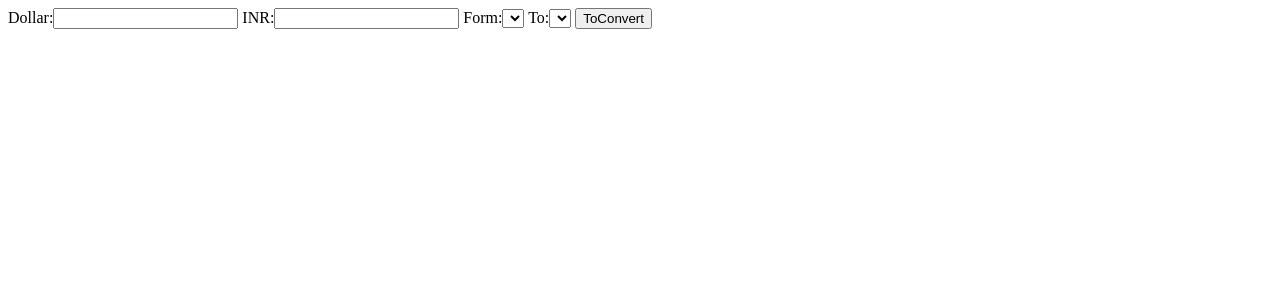
Repository: ravikumar0303/Advance-Java
Page: Converter/src/main/webapp/index.html
An editor plug-in stored every save of this project. The page is shown before and after the next save, followed by the edit.
The browser window is 1280 px wide. The pictures show the whole page.

Above is the page before, as saved 2023-06-21 05:21:57.

### Converter/src/main/webapp/index.html
<!DOCTYPE html>
<html>
<head>
<meta charset="ISO-8859-1">
<title>Insert title here</title>
</head>
<body>
	<form action="convert" method="post">
		Dollar:<input type="text" name="dollar" id="d1"></input> INR:<input
			type="text" name="inr" id="i1"></input> Form:<select
			onchange="convert">
			<opction value="convert">INR</opction>
			<opction value="convert">Dollar</opction>
			<opction value="convert">Euro</opction>
		    </select>
		To:<select onclick="to">
			<opction value="inr">INR</opction>
			<opction value="dollar">Dollar</opction>
			<opction value="euro">Euro</opction>
		</select>
		<button type="submit" name="con" id="c1" value="convert">ToConvert</button>
</body>
</html>

After the next save:
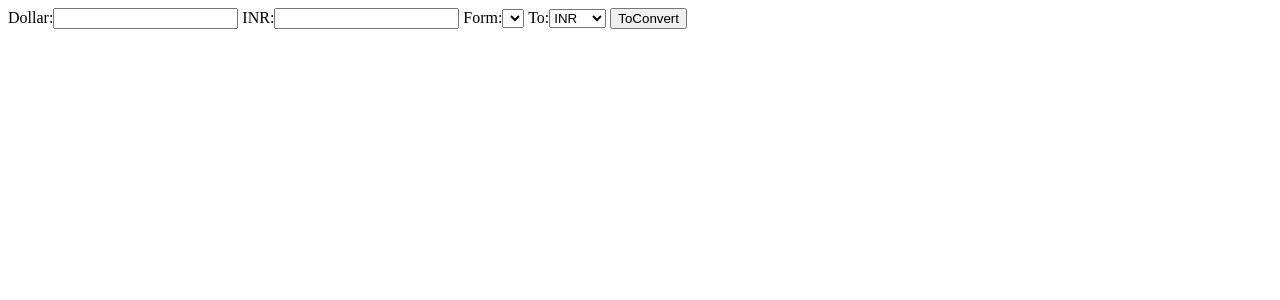
Saved 19 s later.
--- a/Converter/src/main/webapp/index.html
+++ b/Converter/src/main/webapp/index.html
@@ -9,14 +9,14 @@
 		Dollar:<input type="text" name="dollar" id="d1"></input> INR:<input
 			type="text" name="inr" id="i1"></input> Form:<select
 			onchange="convert">
-			<opction value="convert">INR</opction>
-			<opction value="convert">Dollar</opction>
+			<opction value="convert">INR</option>
+			<opction value="convert">Dollar</option>
 			<opction value="convert">Euro</opction>
 		    </select>
 		To:<select onclick="to">
-			<opction value="inr">INR</opction>
-			<opction value="dollar">Dollar</opction>
-			<opction value="euro">Euro</opction>
+			<option value="inr">INR</option>
+			<option value="dollar">Dollar</option>
+			<option value="euro">Euro</option>
 		</select>
 		<button type="submit" name="con" id="c1" value="convert">ToConvert</button>
 </body>
